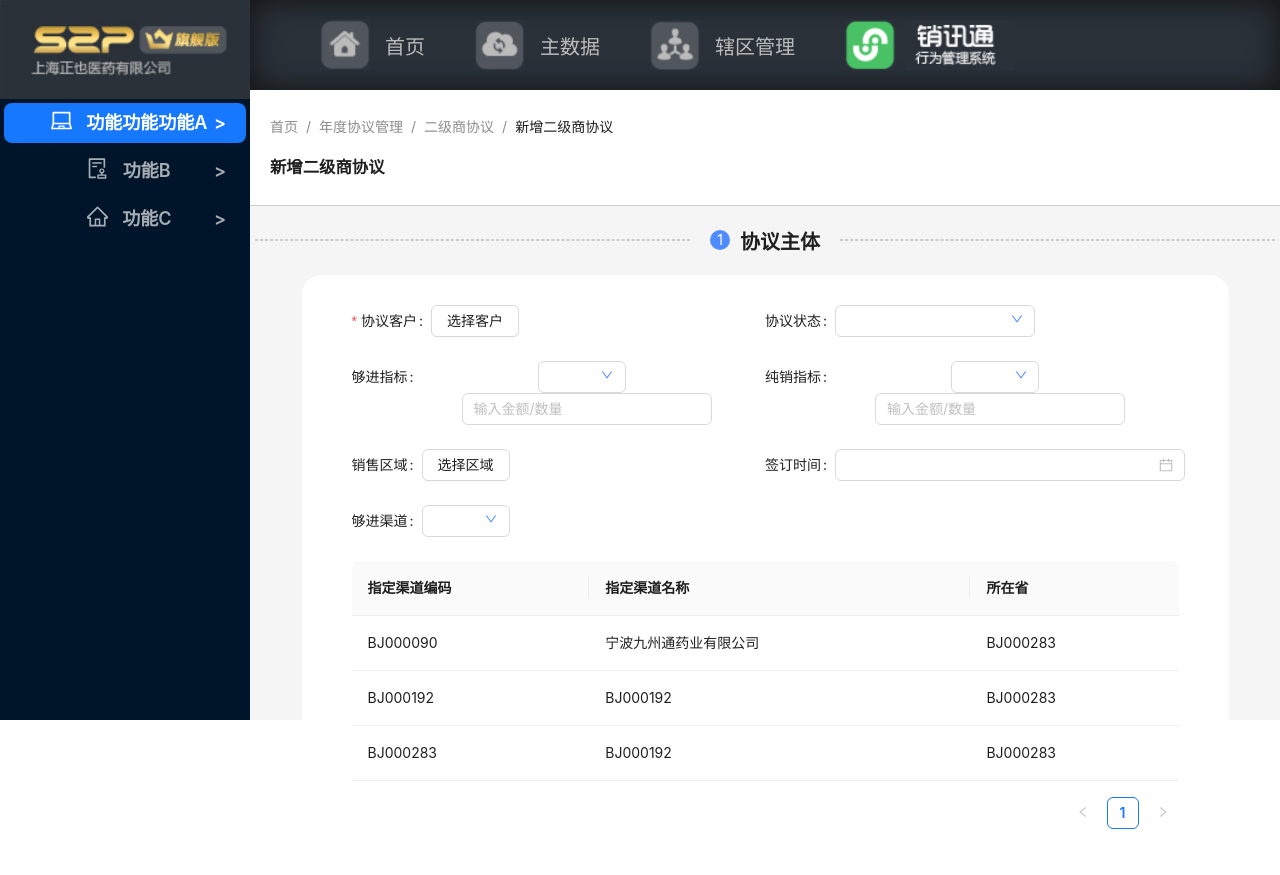
Repository: XiChips/questionB
Page: /
An editor plug-in stored every save of this project. The page is shown before and after the next save, followed by the edit.
The browser window is 1280 px wide. The pictures show the whole page.
The project was rebuilt for these pictures with package versions that can differ from the ones it lists, and the page was loaded fresh each time. Also part of the build but not shown: vue.config.js.

Above is the page before, as saved 2024-02-28 13:28:08.

### src/main.js
import { createApp } from 'vue'
import App from './App.vue'
import router from './router'
import store from './store'
import { setupAntd } from './ant-design-vue/index'
import { message } from "ant-design-vue";
import './assets/css/index.css'
// import axios from "axios";
// moment.locale('zh-cn')
const app = createApp(App)
setupAntd(app)
// app.use(Button).use(Layout)
app.use(store).use(router).mount('#app')



// app.config.globalProperties.$axios = axios
app.config.globalProperties.$message = message

### src/router/index.js
import { createRouter, createWebHashHistory } from 'vue-router'

const routes = [
  {
    path: '/',
    name: 'home',
    component: () => import('../views/home.vue')
  },
  {
    path: '/about',
    name: 'about',

    component: () => import('../views/AboutView.vue')
  }
]

const router = createRouter({
  history: createWebHashHistory(),
  routes
})

export default router

### src/ant-design-vue/index.js
import { Button, Layout, Image, Form, Checkbox,Radio, Input, Popover, Menu, Drawer, Breadcrumb, Typography, message, Divider, Table, DatePicker, Popconfirm, Space, InputNumber, Select, PageHeader, Steps, Statistic, Transfer, Upload, Switch, Modal, Tabs } from 'ant-design-vue';

// import 'ant-design-vue/dist/antd.min.css'

const components = [
    Button,
    Layout,
    Form,
    Input,
    Menu,
    Breadcrumb,
    Table,
    Popconfirm,
    Select,
    PageHeader,
    Steps,
    Transfer,
    Upload,
    Switch,
    Modal,
    Tabs,
    Statistic,
    InputNumber,
    Space,
    DatePicker,
    Divider,
    Image,
    Typography,
    Drawer,
    Popover,
    Radio,
    Checkbox
]

export function setupAntd(app) {
    components.forEach(component => {
        app.use(component)
    })
    app.config.globalProperties.$message = message
}

### src/assets/css/index.css
body {
    margin: 0;
}

.logo img {
    width: 100%;
}

:where(.css-dev-only-do-not-override-1hsjdkk).ant-menu-dark {
    background-color: rgb(42, 49, 57);
}

.ant-menu .anticon {
    margin-right: 10px;
    font-size   : 18px;
}


.ant-upload-select-picture-card i {
    font-size: 32px;
    color    : #999;
}

.ant-upload-select-picture-card .ant-upload-text {
    margin-top: 8px;
    color     : #666;
}

.ant-upload-list-picture-card .ant-upload-list-item:hover .ant-upload-list-item-info:before {
    left: 0;
}

.ant-page-header {
    background: #fff;
}

.ant-page-header.has-breadcrumb {
    padding: 5px 24px;
}

.ant-menu {
    font-size  : 18px;
    font-weight: 600;
}

.ant-tabs-tab span {
    color      : #000;
    font-weight: bold;
    display    : inline-block;
}


.ant-upload-list-picture-card .ant-upload-list-item-info:before {
    left: 0
}

hr {
    width       : 90%;
    margin      : 0 auto;
    border-color: #99999910;
}

.title {
    background-color: rgb(42, 49, 57);
    display         : flex;
    height          : fit-content;
    padding         : 20px 70px;
    color           : rgb(187, 187, 187);
    box-shadow      : inset 0px 0 30px #111;
}

.title>div {
    margin-right: 50px;
    font-size   : 20px;
}

.title img {
    width         : 50px;
    height        : 50px;
    margin-right  : 15px;
    vertical-align: middle;
}

.title span {
    display         : inline-block;
    vertical-align  : middle;
    /* margin-bottom: 5px; */
}

:where(.css-dev-only-do-not-override-1hsjdkk).ant-menu-inline.ant-menu-root .ant-menu-item>.ant-menu-title-content,
:where(.css-dev-only-do-not-override-1hsjdkk).ant-menu-inline.ant-menu-root .ant-menu-submenu-title>.ant-menu-title-content {
    flex: none;
}

.ant-menu .anticon svg {
    width : 1.5em;
    height: 1.5em;
}

.title2 {
    display        : flex;
    justify-content: space-between;
    align-items    : center;
}

.title2>div {
    width: 300px;
}

.title2 hr {
    height: 1px;
    border: 1px dashed #ccc;
    margin: 0 5px;
}

.title2 span {
    display         : inline-block;
    width           : 20px;
    height          : 20px;
    line-height     : 20px;
    background-color: rgb(79, 140, 255);
    color           : #fff;
    border-radius   : 50%;
    margin-right    : 10px;
    vertical-align  : middle;
}


.title2 p {
    display       : inline-block;
    font-size     : 20px;
    vertical-align: middle;
    font-weight   : bold;
}

.area {
    background-color: #fff;
    border-radius   : 20px;
    width           : 90%;
    margin          : 0 auto;
    padding         : 30px 50px;
}

.line2 {
    display        : flex;
    justify-content: space-between;
}

.line2>div {
    width: 50%;
}

.area .ant-form-item-control-input {
    width: 25vw;
}

.ant-form-item-control-input-content {
    flex: none !important;
}

:where(.css-dev-only-do-not-override-1hsjdkk).ant-form-item .ant-form-item-label {
    /* position: relative; */
    overflow: visible;
}

:where(.css-dev-only-do-not-override-1hsjdkk).ant-form-item .ant-form-item-label>label.ant-form-item-required:not(.ant-form-item-required-mark-optional)::before {
    position: absolute;
    left    : -12px;
    top     : 7px
}

:where(.css-dev-only-do-not-override-1hsjdkk).ant-select .ant-select-arrow .anticon>svg{
    vertical-align: middle;
}

### src/views/home.vue
<template>
  <a-layout>
    <a-layout>
      <a-layout-sider width="250">
        <a-menu theme="dark" v-model:selectedKeys="selectedKeys" v-model:openKeys="openKeys" mode="inline" :style="{ height: '100%', borderRight: 0 }">
          <div class="logo">
            <img src="../assets/images/logo.png" alt="">
          </div>
          <!-- <hr /> -->

          <div v-for="(item, i) in links" style="display: flex;justify-content: space-between;">
            <a-menu-item v-if="item.children == undefined" :key="`item${i}_0`" @click="changeTab(item.name)">
              <LaptopOutlined v-if="item.name == '功能功能功能A'" />
              <AuditOutlined v-if="item.name == '功能B'" />
              <HomeOutlined v-if="item.name == '功能C'" />
              {{ item.name }}
              <span style="position: absolute;right: 20px;">{{ ">" }}</span>
            </a-menu-item>

          </div>
        </a-menu>
      </a-layout-sider>
      <a-layout style="padding: 0px 0px 24px" theme="dark">
        <a-layout-content :style="{ background: 'rgb(245,245,245)', padding: '0px', margin: 0, minHeight: '280px', }">

          <div class="title">
            <div><img src="../assets/images/icon1.png" alt=""><span>首页</span></div>
            <div><img src="../assets/images/icon2.png" alt=""><span>主数据</span></div>
            <div><img src="../assets/images/icon3.png" alt=""><span>辖区管理</span></div>
            <div><img src="../assets/images/icon4.png" alt=""><img src="../assets/images/text.png" style="width: auto;margin-left: -5px;" alt=""></div>
          </div>
          <div style="padding: 10px 20px;background-color: rgb(255,255,255);border-bottom: 1px solid #ccc;">
            <a-breadcrumb :style="{ margin: '36px 20px' }">
              <a-breadcrumb-item>首页</a-breadcrumb-item>
              <a-breadcrumb-item>年度协议管理</a-breadcrumb-item>
              <a-breadcrumb-item>二级商协议</a-breadcrumb-item>
              <a-breadcrumb-item>新增二级商协议</a-breadcrumb-item>
            </a-breadcrumb>
            <h3 style="text-align: left;">
              新增二级商协议
            </h3>
          </div>
          <div class="content">
            <div class="title2">
              <hr>
              <div>
                <span>1</span>
                <p>协议主体</p>
              </div>
              <hr>
            </div>
            <div class="area">
              <a-form :model="formState" autocomplete="off" @finish="onFinish" @finishFailed="onFinishFailed">
                <div class="line2">

                  <a-form-item label="协议客户" :rules="[{ required: true}]">
                    <a-button v-if="visible" @click="selectCustom">选择客户</a-button>
                    <a-select defaultOpen v-if="!visible" v-model:value="inputs.value1c" show-search placeholder="" style="width: 200px" :options="options" :filter-option="filterOption" @focus="handleFocus" @blur="handleBlur" @change="changeCustom"></a-select>
                    <span style="margin-left: 20px;">{{ inputs.value1 }}</span>
                  </a-form-item>
                  <a-form-item label="协议状态">
                    <a-select v-model:value="inputs.value2" placeholder="" style="width: 200px" :options="options2" :filter-option="filterOption" @focus="handleFocus" @blur="handleBlur" @change="handleChange">
                      <template #suffixIcon>
                        <down-outlined style="width: 15px;height: 15px;color: rgb(78,139,254);" />
                      </template>
                    </a-select>
                  </a-form-item>
                </div>
                <div class="line2">
                  <a-form-item label="够进指标">
                    <a-select v-model:value="inputs.value3" placeholder="" style="width: 88px" :options="options3" :filter-option="filterOption" @focus="handleFocus" @blur="handleBlur" @change="handleChange">
                      <template #suffixIcon>
                        <down-outlined style="width: 15px;height: 15px;color: rgb(78,139,254);" />
                      </template>
                    </a-select>
                    <a-input v-model:value="inputs.value3" placeholder="输入金额/数量" style="width: 250px;margin-left: 10px;"></a-input>
                  </a-form-item>
                  <a-form-item label="纯销指标">
                    <a-select v-model:value="inputs.value3" placeholder="" style="width: 88px" :options="options3" :filter-option="filterOption" @focus="handleFocus" @blur="handleBlur" @change="handleChange">
                      <template #suffixIcon>
                        <down-outlined style="width: 15px;height: 15px;color: rgb(78,139,254);" />
                      </template>
                    </a-select>
                    <a-input v-model:value="inputs.value3" placeholder="输入金额/数量" style="width: 250px;margin-left: 10px;"></a-input>
                  </a-form-item>
                </div>
                <div class="line2">
                  <a-form-item label="销售区域">
                    <a-button v-if="visible2" @click="selectArea">选择区域</a-button>
                    <a-select v-if="!visible2" v-model:value="inputs.value7c" placeholder="" style="width: 88px" :options="options4" :filter-option="filterOption" @focus="handleFocus" @blur="handleBlur" @change="changeArea">
                      <template #suffixIcon>
                        <down-outlined style="width: 15px;height: 15px;color: rgb(78,139,254);" />
                      </template>
                    </a-select>
                    <a-button type="primary" v-if="inputs.value7.length" v-for="(item,id) in inputs.value7" style="margin-left: 10px;"><span @click="deleteItem(id)">{{ item }}
                        <close-outlined /></span></a-button>
                  </a-form-item>
                  <a-form-item label="签订时间">
                    <a-date-picker placeholder="" show-time v-model:value="value1" style="width:350px" />
                  </a-form-item>
                </div>
              </a-form>
              <div class="line2">
                <a-form-item label="够进渠道">
                  <a-select v-model:value="inputs.value3" placeholder="" style="width: 88px" :options="options5" :filter-option="filterOption" @focus="handleFocus" @blur="handleBlur" @change="handleChange">
                    <template #suffixIcon>
                      <down-outlined style="width: 15px;height: 15px;color: rgb(78,139,254);" />
                    </template>
                  </a-select>
                </a-form-item>
              </div>

              <a-table :dataSource="data" :columns="columns" />

            </div>
          </div>
          <!-- <router-view v-else></router-view> -->
        </a-layout-content>
      </a-layout>

    </a-layout>
  </a-layout>
</template>
<script>
import {
  UserOutlined,
  LaptopOutlined,
  NotificationOutlined,
  HomeOutlined,
  TeamOutlined,
  DesktopOutlined,
  BarChartOutlined,
  ContactsOutlined,
  AuditOutlined,
  ScheduleOutlined,
  ToolOutlined,
  FundProjectionScreenOutlined,
  UserSwitchOutlined,
  TransactionOutlined,
  DownOutlined,
  CloseOutlined
} from "@ant-design/icons-vue";
import { defineComponent, ref } from "vue";

export default defineComponent({
  components: {
    UserOutlined,
    LaptopOutlined,
    NotificationOutlined,
    HomeOutlined,
    TeamOutlined,
    DesktopOutlined,
    BarChartOutlined,
    ContactsOutlined,
    AuditOutlined,
    ScheduleOutlined,
    ToolOutlined,
    FundProjectionScreenOutlined,
    UserSwitchOutlined,
    TransactionOutlined,
    DownOutlined,
    CloseOutlined
  },
  name: "home",
  data() {
    return {
      activeKey: 0,
      formState: {
        username: "",
        password: "",
      },
      inputs: {
        value1: "",
        value1c: "",
        value2: "",
        value3: "",
        value4: "",
        value7c: "",
        value7: [],
      },
      visible: true,
      visible2: true,
      links: [
        {
          name: "功能功能功能A",
        },
        {
          name: "功能B",
        },
        {
          name: "功能C",
        },
      ],
      options: [{ value: "上海正也医药有限公司", id: "上海正也医药有限公司" }],
      options2: [{ value: "正常", id: "正常" }, { value: "异常", id: "异常" }],
      options3: [{ value: "金额", id: "金额" }, { value: "金额", id: "金额" }],
      options4: [{ value: "全国", id: "全国" }, { value: "上海", id: "上海" }],
      options5: [{ value: "指定渠道", id: "指定渠道" }],
      pages: [{ name: "首页", link: "/" }],
      data: [{
        col1: "BJ000090",
        col2: "宁波九州通药业有限公司",
        col3: "BJ000283",
      },
    {
        col1: "BJ000192",
        col2: "BJ000192",
        col3: "BJ000283",
      },
    {
        col1: "BJ000283",
        col2: "BJ000192",
        col3: "BJ000283",
      }],
      columns: [
        {
          title: '指定渠道编码',
          dataIndex: 'col1',
          key: 'col1',
        },
        {
          title: '指定渠道名称',
          dataIndex: 'col2',
          key: 'col2',
        },
        {
          title: '所在省',
          dataIndex: 'col3',
          key: 'col3',
        }
      ],
      routes: [],
    };
  },
  setup() {
    return {
      selectedKeys: ref(["item0_0"]),
      collapsed: ref(false),
      openKeys: ref(["title1"]),
      basePath: "/index",
    };
  },
  methods: {
    changeTab() {

    },
    selectCustom() {
      this.visible = false
      this.inputs.value1c = ""
    },
    changeCustom() {
      this.visible = true
      this.inputs.value1 = this.inputs.value1c
    },
    selectArea() {
      this.visible2 = false
      this.inputs.value7c = ""
    },
    changeArea() {
      this.inputs.value7.push(this.inputs.value7c)
      this.inputs.value7 = Array.from(new Set(this.inputs.value7))
      this.inputs.value7c = ""
    },
    deleteItem(id) {
      this.inputs.value7.splice(id, 1)
    }
  },
  created() { },
  beforeMounte() { },
  mounted() {

  },
  watch: {
    $route(to, from) {
      // console.log(from.path);//从哪来
      // console.log(to.path);//到哪去
    },
  },
});
</script>
<style>
.ant-layout {
  height: 100vh;
}
.ant-breadcrumb {
  margin: 16px 0 !important;
}
</style>

Loaded but not shown: public/index.html (common file); src/App.vue (common file); src/store/index.js (common file)

After the next save:
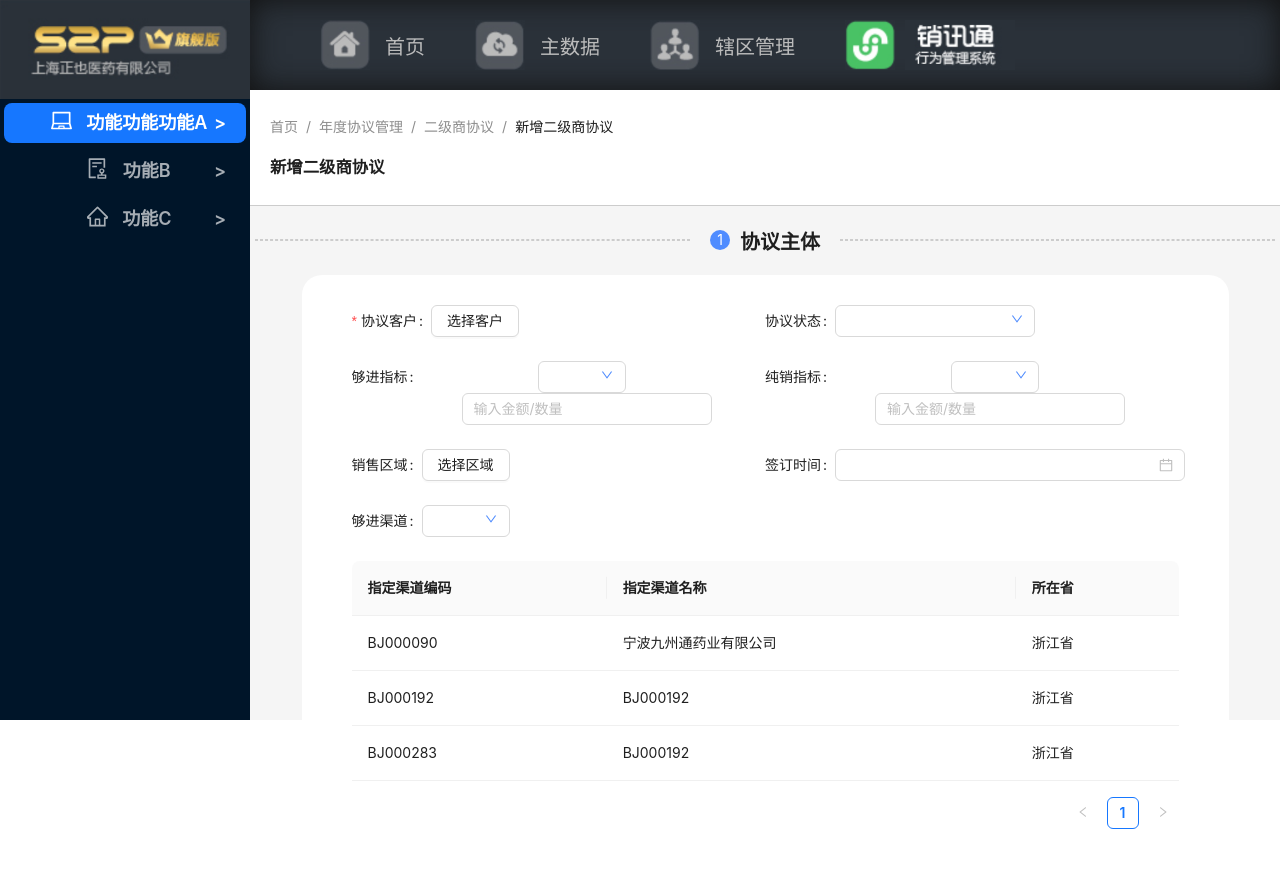
Saved 8 s later.
--- a/src/views/home.vue
+++ b/src/views/home.vue
@@ -200,17 +200,17 @@
       data: [{
         col1: "BJ000090",
         col2: "宁波九州通药业有限公司",
-        col3: "BJ000283",
+        col3: "浙江省",
       },
     {
         col1: "BJ000192",
         col2: "BJ000192",
-        col3: "BJ000283",
+        col3: "浙江省",
       },
     {
         col1: "BJ000283",
         col2: "BJ000192",
-        col3: "BJ000283",
+        col3: "浙江省",
       }],
       columns: [
         {
